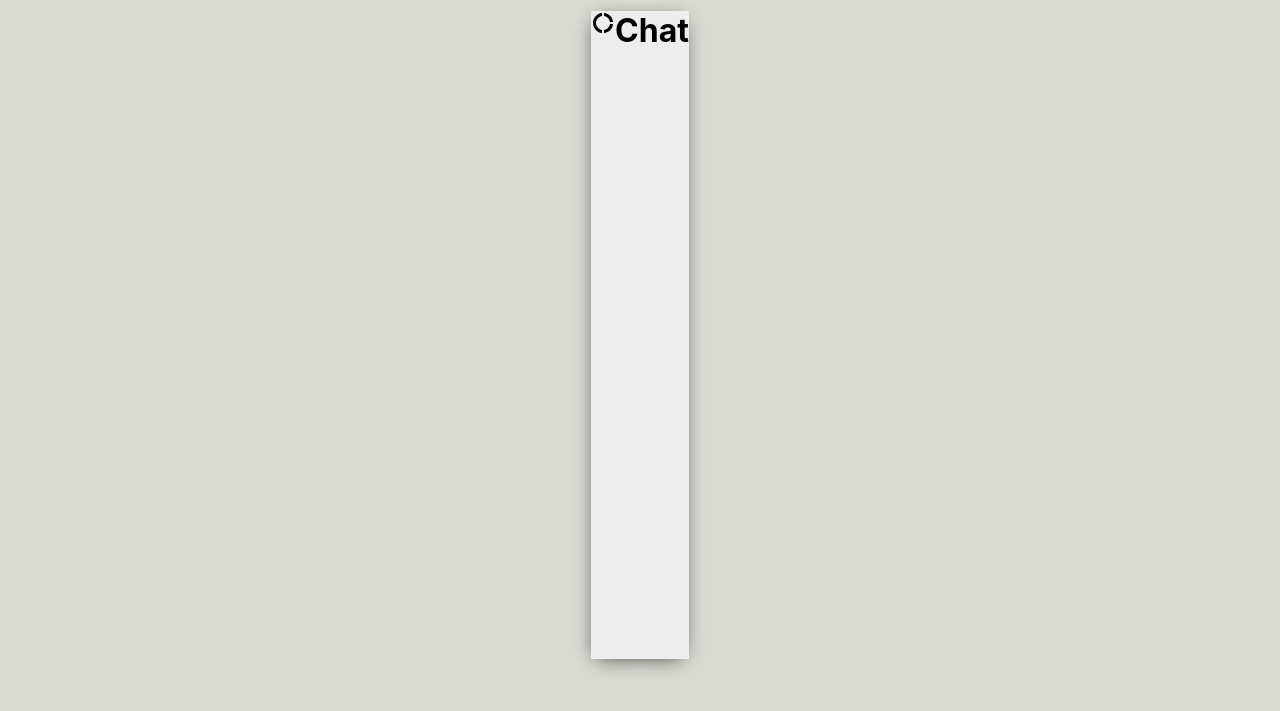
Repository: nadavmza/whatsapp-mern
Page: /
An editor plug-in stored every save of this project. The page is shown before and after a run of saves, followed by the edit.
The browser window is 1280 px wide. The pictures show the whole page.
The project was rebuilt for these pictures with package versions that can differ from the ones it lists, and the page was loaded fresh each time. Also part of the build but not shown: src/Chat.css.

Above is the page before, as saved 2021-12-22 00:14:41.

After the next 3 saves:
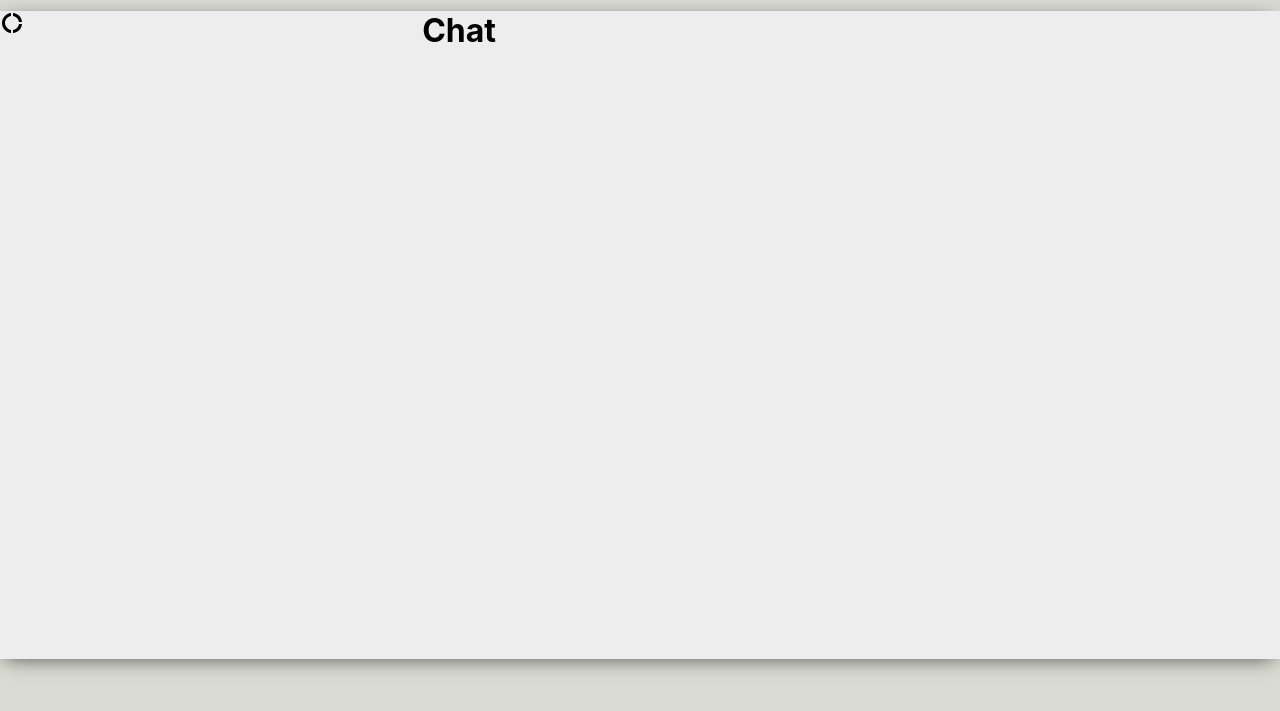
The 3 saves are shown as one change because they came seconds apart.
The last was saved 10 s later.
--- a/src/App.css
+++ b/src/App.css
@@ -11,6 +11,6 @@
   background-color: #ededed;
   margin-top: -50px;
   height: 90vh;
-  width:vw;
+  width:100vw;
   box-shadow: -1px 4px 20px -6px rgba(0,0,0,0.75);
 }
